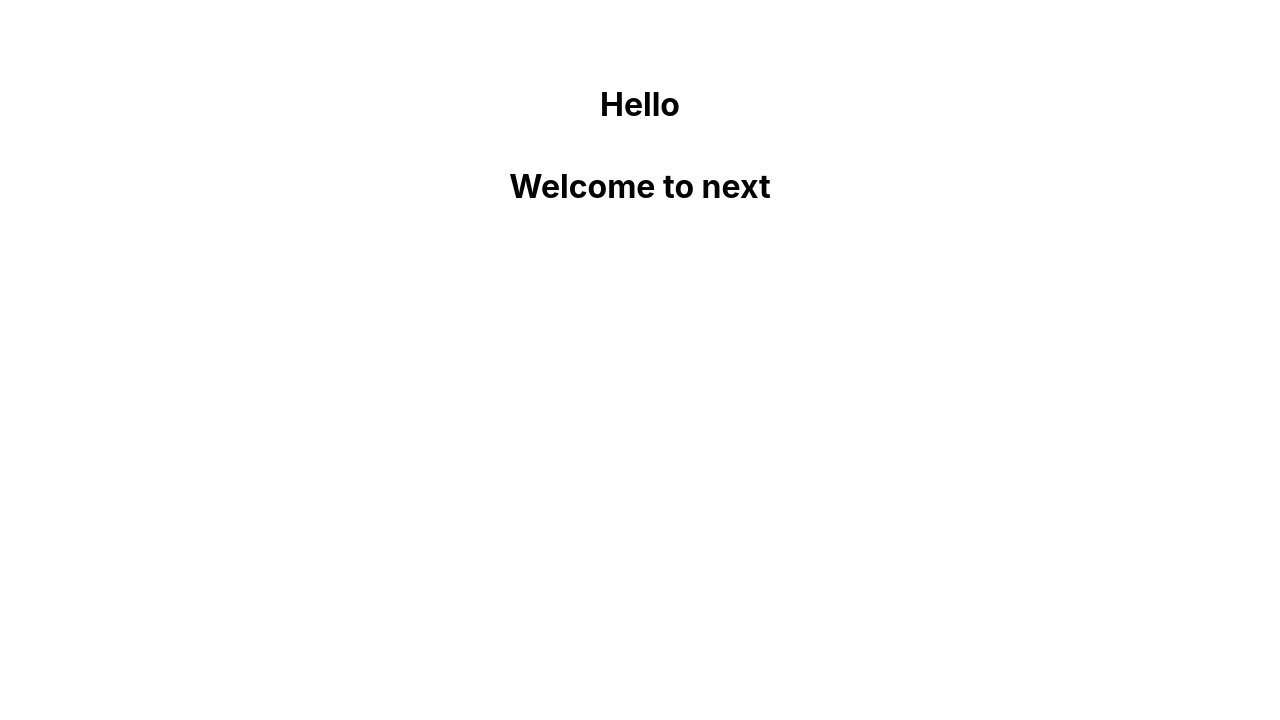
Repository: Bhanupratap02/Nextjs-practice
Page: /
These files come from the project's save history. The page is drawn as it stood at one moment and after the next save; the edit follows.
The browser window is 1280 px wide. The pictures show the whole page.
The project was rebuilt for these pictures with package versions that can differ from the ones it lists, and the page was loaded fresh each time. The framework's server and built-in components were replaced by stand-ins that run in the browser. Also part of the build but not shown: next.config.js.

Above is the page before, as saved 2022-03-05 12:05:51.

### pages/_app.js
import Layout from '../components/Layout'

import '../styles/globals.css'

function MyApp({ Component, pageProps }) {
  return (
    <Layout>
  <Component {...pageProps} />
  </Layout>
  )
}

export default MyApp

### pages/index.js
import Head from 'next/head'
import { Fragment } from 'react'



export default function Home() {
  return (
    <Fragment>
      <Head>
        <title>webdev Newz</title>

      </Head>
      <h1>Welcome to next </h1>
    </Fragment>
  )
}

### components/Layout.js
import styles from "../styles/Layout.module.css"
import Nav from "./Nav"
const  Layout = ({children}) => {
   return (
       <>
       <Nav/>
     <div className={styles.container }>
     <main className={styles.main}>
         <h1>Hello</h1>
       {children}
     </main>
     </div>
     </>
   )
 }

 export default Layout

### styles/Layout.module.css
.container {
  padding: 0 2rem;
}

.main {
  min-height: 100vh;
  padding: 4rem 0;
  flex: 1;
  display: flex;
  flex-direction: column;
  justify-content: flex-start;
  align-items: center;
}

.footer {
  display: flex;
  flex: 1;
  padding: 2rem 0;
  border-top: 1px solid #eaeaea;
  justify-content: center;
  align-items: center;
  font-size: 1.25rem;
}

.footer a {
  display: flex;
  justify-content: center;
  align-items: center;
  flex-grow: 1;
}

.title a {
  color: #0070f3;
  text-decoration: none;
}

.title a:hover,
.title a:focus,
.title a:active {
  text-decoration: underline;
}

.title {
  margin: 0;
  line-height: 1.15;
  font-size: 4rem;
}

.title,
.description {
  text-align: center;
}

.description {
  margin: 4rem 0;
  line-height: 1.5;
  font-size: 1.5rem;
}

.code {
  background: #fafafa;
  border-radius: 5px;
  padding: 0.75rem;
  font-size: 1.1rem;
  font-family: Menlo, Monaco, Lucida Console, Liberation Mono, DejaVu Sans Mono,
    Bitstream Vera Sans Mono, Courier New, monospace;
}

.grid {
  display: flex;
  align-items: center;
  justify-content: center;
  flex-wrap: wrap;
  max-width: 800px;
}

.card {
  margin: 1rem;
  padding: 1.5rem;
  text-align: left;
  color: inherit;
  text-decoration: none;
  border: 1px solid #eaeaea;
  border-radius: 10px;
  transition: color 0.15s ease, border-color 0.15s ease;
  max-width: 300px;
}

.card:hover,
.card:focus,
.card:active {
  color: #0070f3;
  border-color: #0070f3;
}

.card h2 {
  margin: 0 0 1rem 0;
  font-size: 1.5rem;
}

.card p {
  margin: 0;
  font-size: 1.25rem;
  line-height: 1.5;
}

.logo {
  height: 1em;
  margin-left: 0.5rem;
}

@media (max-width: 600px) {
  .grid {
    width: 100%;
    flex-direction: column;
  }
}

### components/Nav.js

import React from 'react'

function Nav() {
  return (
    <div></div>
  )
}


 export default Nav
 import navStyles from "../styles/Nav.module.css"
import Link from "next/link"

### styles/Nav.module.css
.nav{
    height: 50px;
  padding: 10px;
  background: #000;
  color: #fff;
  display: flex;
  align-items: center;
  justify-content: flex-start;
}

.nav ul {
  display: flex;
  justify-content: center;
  align-items: center;
  list-style: none;
}

.nav ul li a {
  margin: 5px 15px;
}

Loaded but not shown: styles/globals.css (common file)

After the next save:
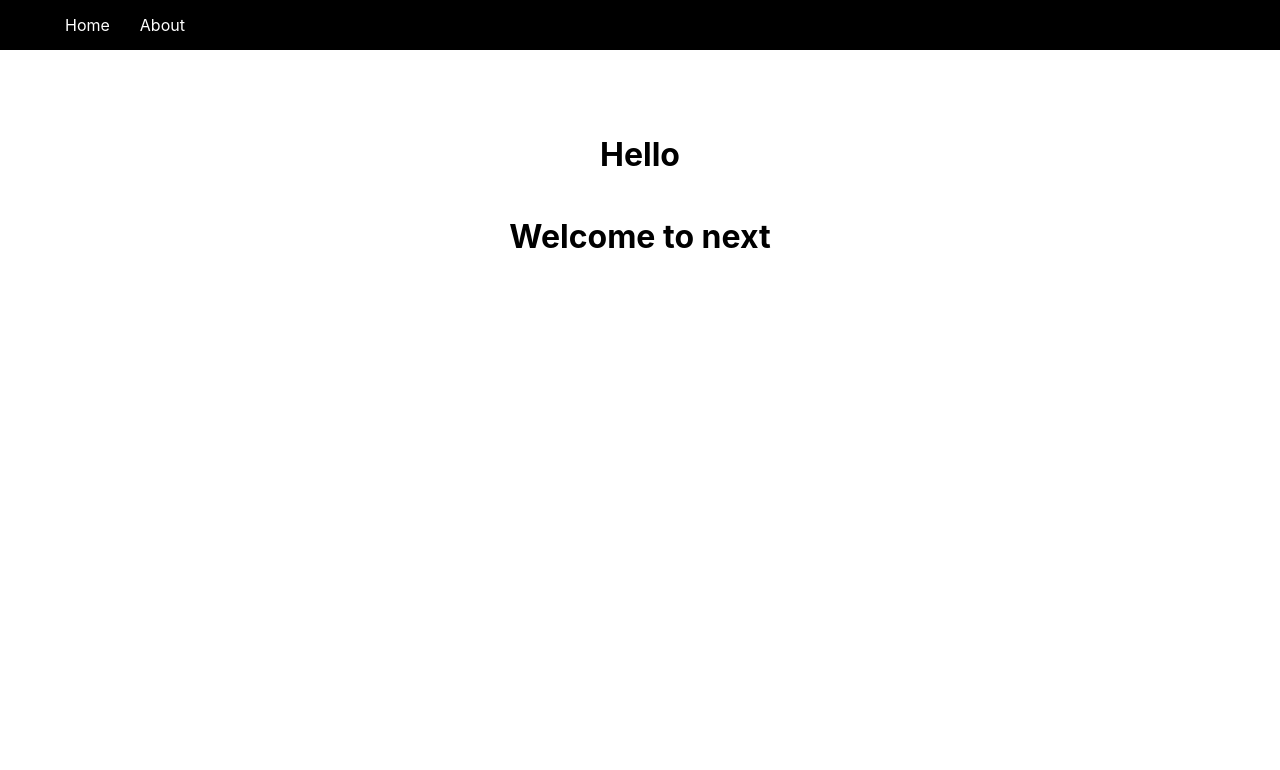
Saved 9 s later.
--- a/components/Nav.js
+++ b/components/Nav.js
@@ -3,7 +3,16 @@
 
 function Nav() {
   return (
-    <div></div>
+    <div> <nav className={navStyles.nav}>
+        <ul>
+            <li>
+      <Link href="/">Home</Link>
+            </li>
+             <li>
+      <Link href="/about">About</Link>
+            </li>
+        </ul>
+        </nav></div>
   )
 }
 
